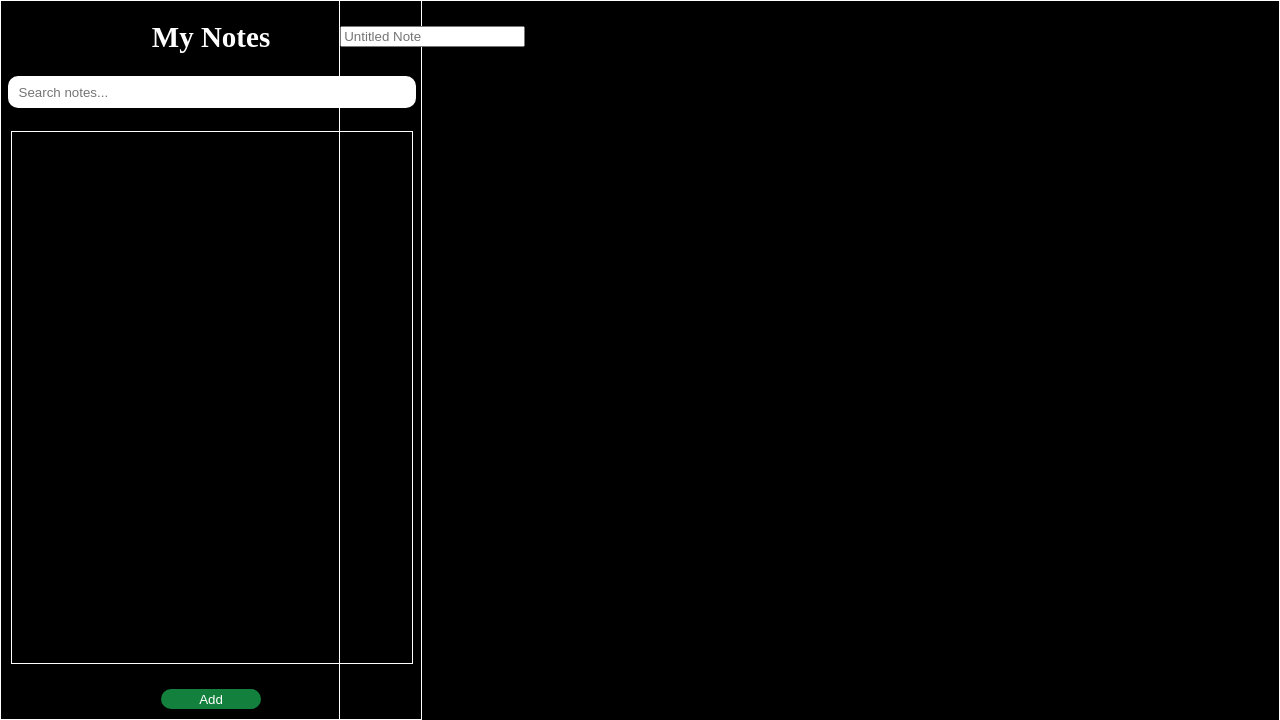
Repository: dmpelaez/myNotes
Page: QuickNotes.html
These files come from the project's save history. The page is drawn as it stood at one moment and after the next save; the edit follows.
The browser window is 1280 px wide. The pictures show the whole page.

Above is the page before, as saved 2025-12-18 21:07:01.

After the next save:
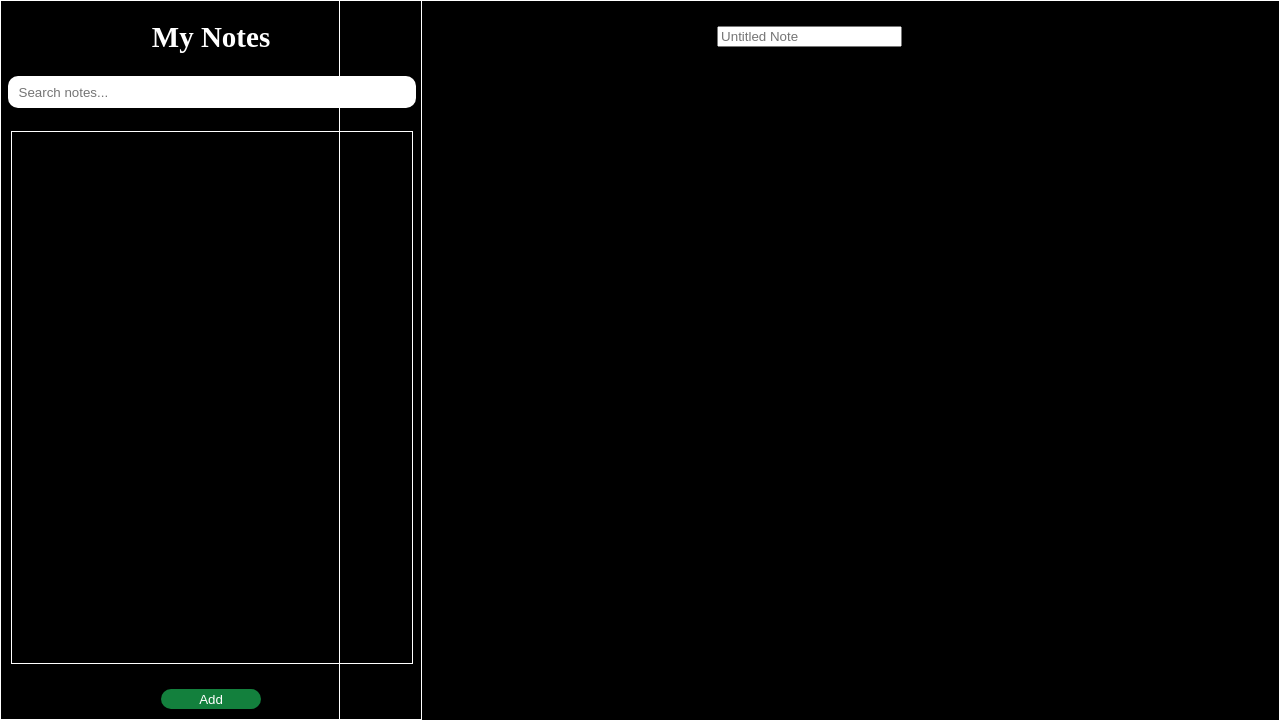
Saved 21 s later.
--- a/QuickNotes.css
+++ b/QuickNotes.css
@@ -86,7 +86,7 @@ body {
 
 .header-section {
   display: flex;
-  justify-self: start;
+  justify-self: center;
   align-self: center;
 
 }
